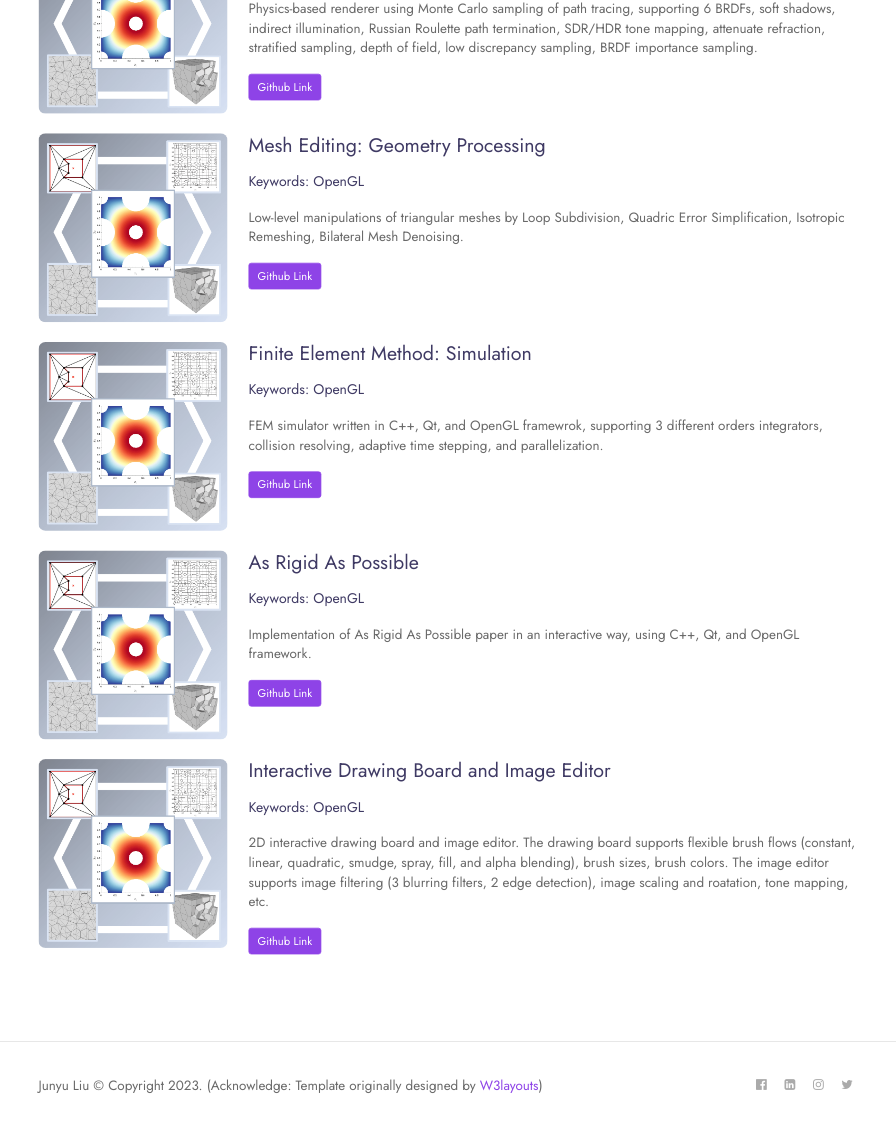
Repository: Junyu-Liu-Nate/junyu-liu-nate.github.io
Page: project.html
These files come from the project's save history. The page is drawn as it stood at one moment and after the next save; the edit follows.
The browser window is 1280 px wide. The pictures show the part of the page from y = 849 to 2769 px (the page is 2461 px tall before and 2769 px after), at 70% of full size.

Above is the page before, as saved 2024-04-10 19:08:35.
Console error: TypeError: Cannot read properties of null (reading 'classList')

After the next save:
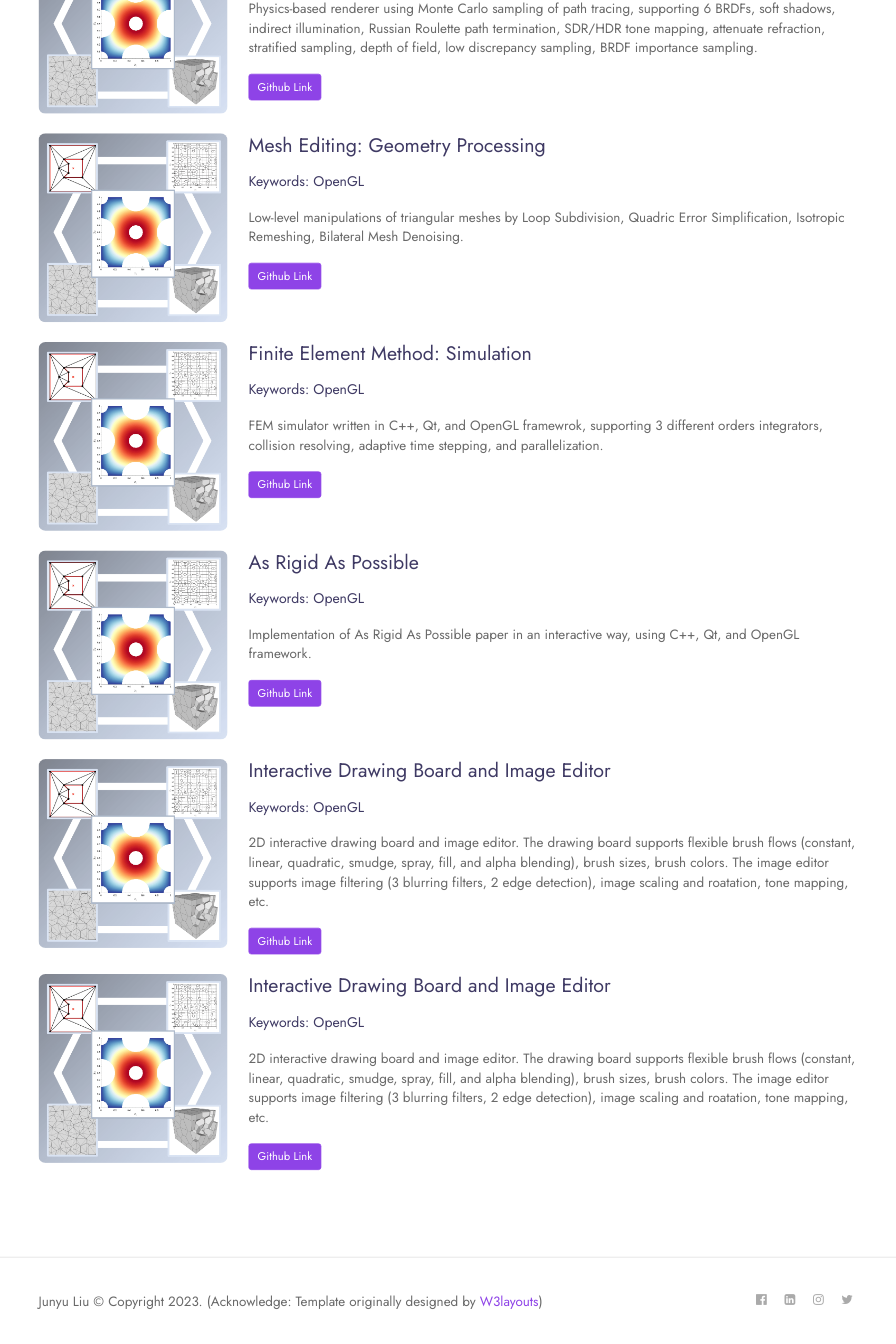
Saved 45 s later.
--- a/project.html
+++ b/project.html
@@ -242,6 +242,30 @@ Author URL: http://w3layouts.com
             </div>
 
             <p><br></p>
+
+            <div class="row">
+              <div class="col-lg-3">
+                <div class="position-relative">
+                    <img src="assets/images/project/thumnail/port-FEM-vs-VEM.png" alt="" class="radius-image img-fluid">
+                </div>
+              </div>
+              <div class="col-lg-9 mt-lg-0 mt-5">
+                  <!-- <h5 class="title-small mb-2">Hello, I am UI/UX Designer</h5> -->
+                  <h3 class="title">Interactive Drawing Board and Image Editor</h3>
+                  <br>
+                  <h5>Keywords: OpenGL</h5>
+                  <br>
+                  <p>
+                    2D interactive drawing board and image editor. The drawing board supports flexible brush flows (constant, linear, quadratic, smudge, spray, fill, and alpha blending), brush sizes, brush colors. The image editor supports image filtering (3 blurring filters, 2 edge detection), image scaling and roatation, tone mapping, etc.
+                  </p>
+                  <br>
+                  <div>
+                    <a href="https://github.com/Junyu-Liu-Nate/Interactive-Drawing-Board-and-Image-Editor" class="btn btn-primary">Github Link</a>
+                  </div>
+              </div>
+            </div>
+
+            <p><br></p>
         </div>
 
     </div>
